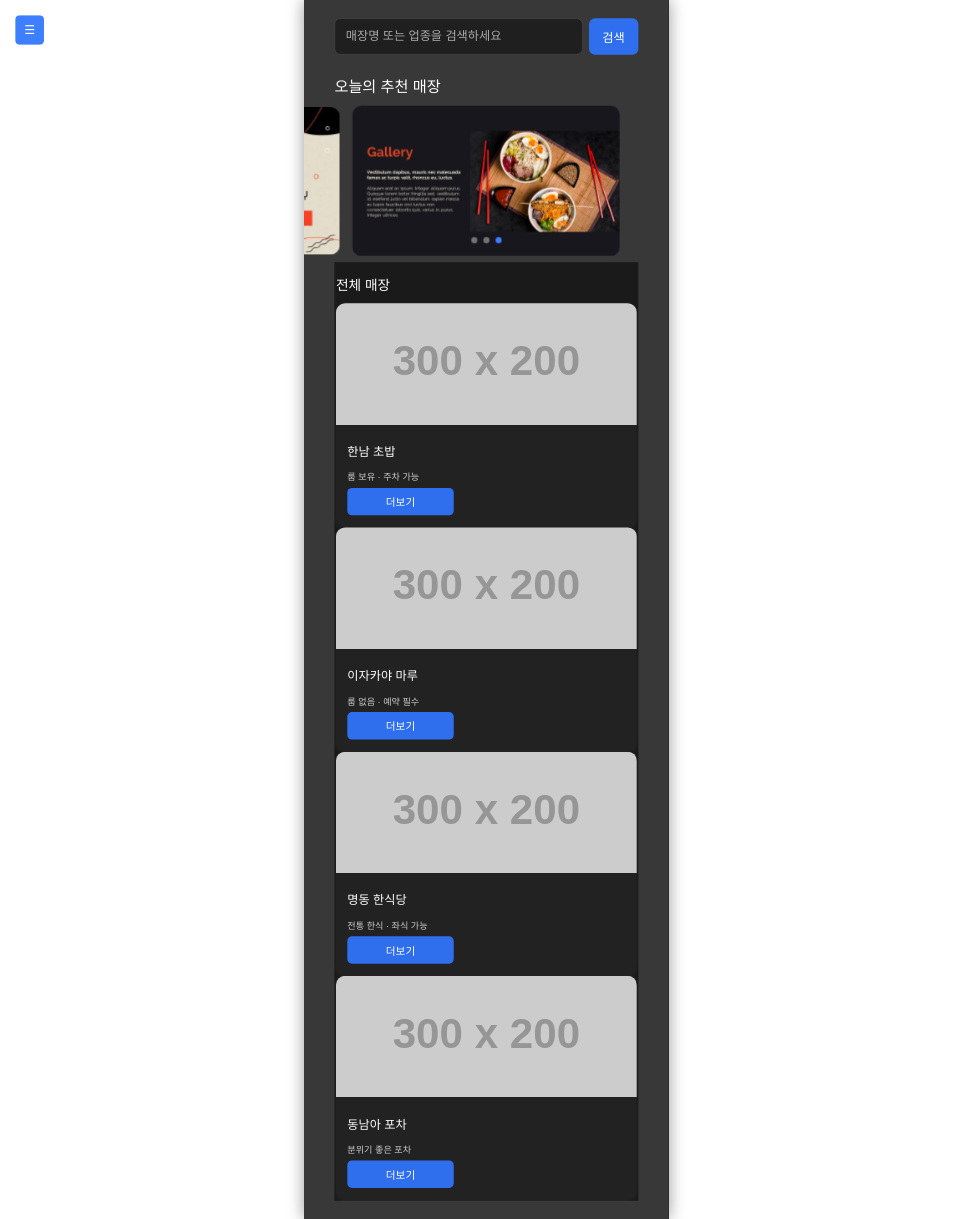
Repository: noiredex/Choplan-API
Page: / (app in choplan/frontend_main/)
These files come from the project's save history. The page is drawn as it stood at one moment and after the next save; the edit follows.
The browser window is 1280 px wide. The pictures show the whole page, at 76% of full size.
The project was rebuilt for these pictures with package versions that can differ from the ones it lists, and the page was loaded fresh each time. Also part of the build but not shown: choplan/frontend_main/vite.config.js, choplan/frontend_main/vite.config.ts, choplan/frontend_main/src/styles/StoreDetailPage.css, choplan/frontend_main/src/pages/StoreDetailPage.jsx.

Above is the page before, as saved 2025-10-29 16:10:54.

After the next save:
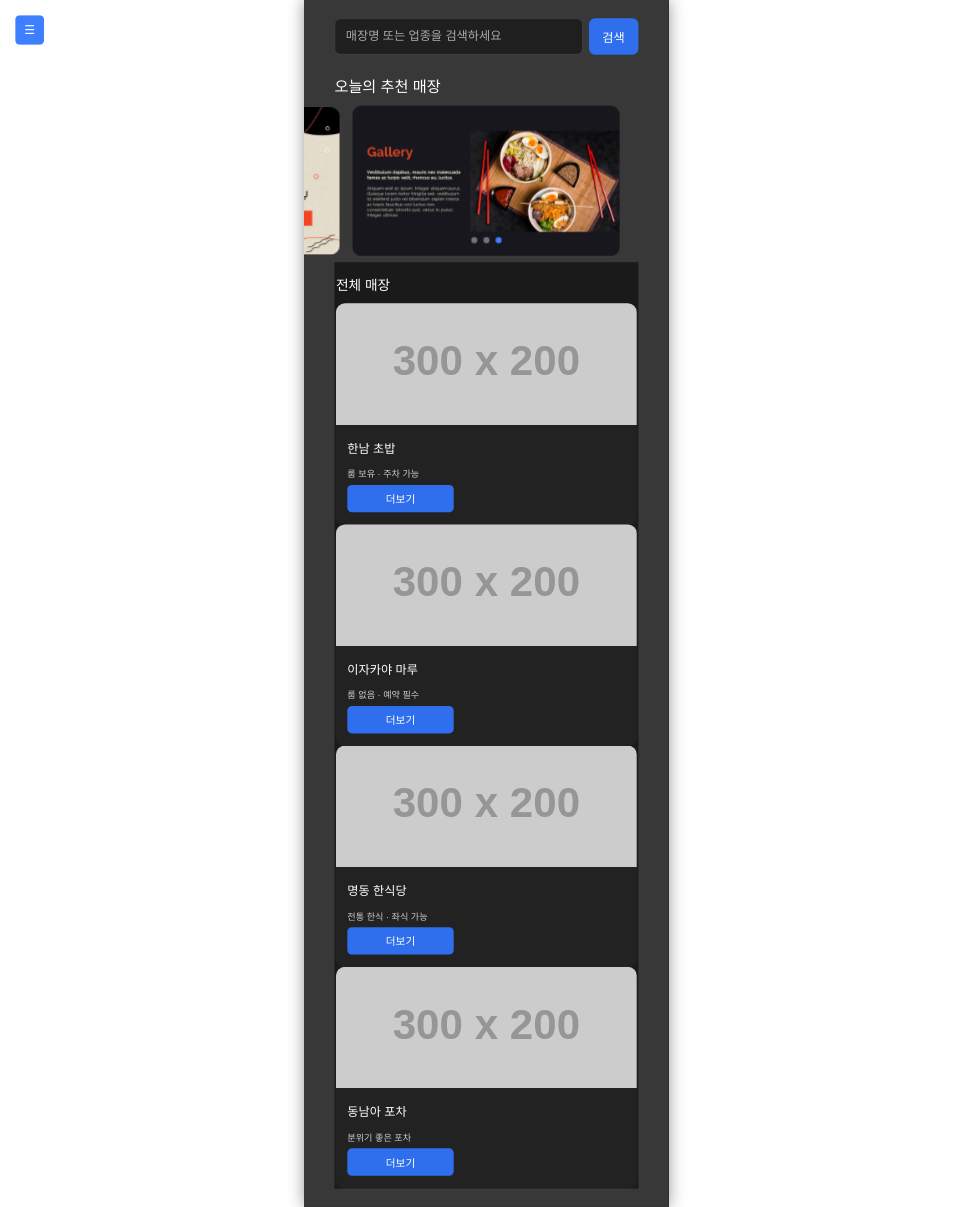
Saved 6 s later.
--- a/choplan/frontend_main/src/styles/RecommendedStores.css
+++ b/choplan/frontend_main/src/styles/RecommendedStores.css
@@ -45,7 +45,7 @@
 }
 
 .store-info {
-  padding-top: 8px;
+  padding-top: 4px;
   padding-right: 15px;
   padding-bottom: 15px;
   padding-left: 15px;
